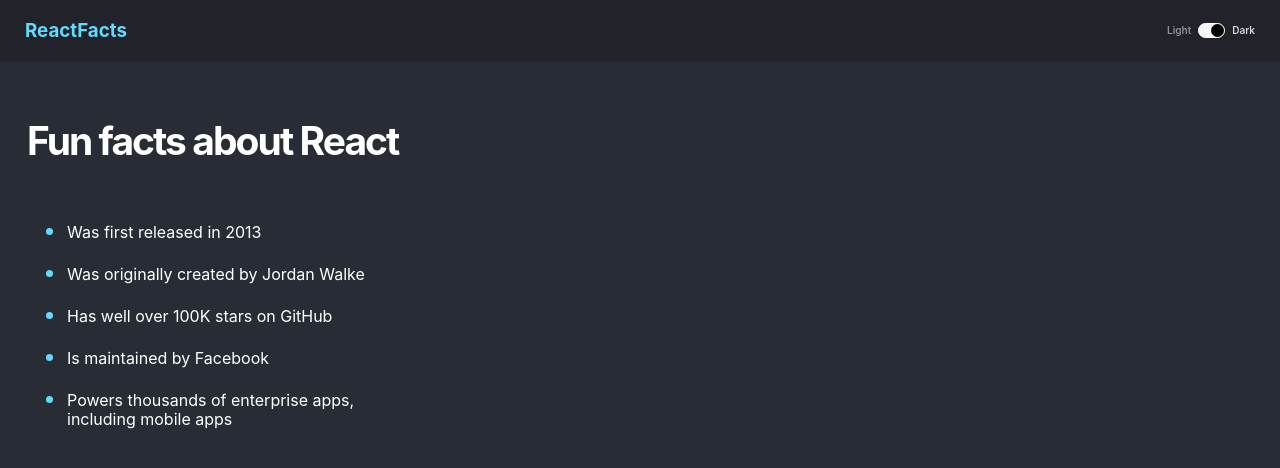
Repository: BuduCE/react_facts
Page: /
An editor plug-in stored every save of this project. The page is shown before and after a run of saves, followed by the edit.
The browser window is 1280 px wide. The pictures show the whole page.
The project was rebuilt for these pictures with package versions that can differ from the ones it lists, and the page was loaded fresh each time. Also part of the build but not shown: src/App.css.

Above is the page before, as saved 2022-10-06 23:21:56.

### src/index.css
body {
  margin: 0;
  font-family: -apple-system, BlinkMacSystemFont, 'Segoe UI', 'Roboto', 'Oxygen',
    'Ubuntu', 'Cantarell', 'Fira Sans', 'Droid Sans', 'Helvetica Neue',
    sans-serif;
  -webkit-font-smoothing: antialiased;
  -moz-osx-font-smoothing: grayscale;
}

code {
  font-family: source-code-pro, Menlo, Monaco, Consolas, 'Courier New',
    monospace;
}
* {
  box-sizing: border-box;
}

h1,
h2,
h3,
h4,
h5,
h6,
p {
  margin: 0;
}

body {
  margin: 0;
}

.container {
  display: flex;
  flex-direction: column;
  height: 100vh;
}

/* NAV styles */

nav {
  display: flex;
  align-items: center;
  padding: 30px 25px;
  height: 60px;
  box-shadow: 0px 1px 4px rgba(0, 0, 0, 0.25);
  z-index: 1;
}

nav.dark {
  background-color: #21222A;
}

nav.light {
  background-color: #ffffff;
}

.nav--logo_icon {
  width: 30px;
  margin-right: 10px;
}

.nav--logo_text {
  color: #61DAFB;
  margin-right: auto;
}

.nav--title {
  color: #DEEBF8;
}

.toggler {
  display: flex;
  align-items: center;
}

.toggler p {
  font-size: 0.625rem;
  font-weight: 600;
}

.toggler--slider {
  width: 25px;
  height: 13px;
  background-color: #2B283A;
  border-radius: 2rem;
  margin-inline: 7px;
  cursor: pointer;
  display: flex;
  justify-content: flex-start;
  align-items: center;
  border: 1px solid black;
  box-sizing: content-box;
}

nav.dark .toggler--slider {
  border-color: white;
  background-color: #F5F5F5;
}

.toggler--slider--circle {
  height: 13px;
  width: 13px;
  background-color: white;
  border-radius: 50%;
}

nav.dark .toggler--slider--circle {
  background-color: black;
}

.toggler--light {
  color: #2B283A;
}

nav.dark .toggler--light {
  color: #918E9B;
}

.toggler--dark {
  color: #D5D4D8;
}

nav.dark .toggler-dark {
  color: #FFFFFF;
}

nav.dark .toggler--slider {
  justify-content: flex-end;
}

/* MAIN styles */
main {
  padding: 57px 27px;
  /* background-image: url("./images/react-icon-light.png"); */
  background-repeat: no-repeat;
  background-position: right center;
  flex: 1 1 auto;
}

main.dark {
  /* background-image: url("./images/react-icon-dark.png"); */
  background-color: #282D35;
  color: white;
}

main.light {
  background-color: white;
  color: #2B283A;
}

.main--title {
  margin: 0;
  font-size: 39px;
  letter-spacing: -0.05em;
}

.main--facts {
  margin-top: 46px;
  max-width: 400px;
}

.main--facts>li {
  line-height: 19px;
  padding-block: 10px;
}

.main--facts>li::marker {
  font-size: 1.4rem;
  color: #61DAFB;
}

### src/App.js
import React from 'react';
import './App.css';
import Main from './components/Main';
import Navbar from './components/Navbar';

function App() {

  const [darkMode, setDarkMode] = React.useState(false)

  const mode = () => {
    setDarkMode(prev => !prev)
  }

  const switchDarkMode = () => {

  }
  return (
    <div className="container">
      <Navbar toggleDarkMode={switchDarkMode} darkMode={mode}/>
      <Main darkMode={mode}/>
    </div>
  );
}

export default App;

### src/components/Main/index.jsx
import React from "react"

export default function Main(props) {
    return (
        <main className={props.darkMode ? "dark" : "light"}>
            <h1 className="main--title">Fun facts about React</h1>
            <ul className="main--facts">
                <li>Was first released in 2013</li>
                <li>Was originally created by Jordan Walke</li>
                <li>Has well over 100K stars on GitHub</li>
                <li>Is maintained by Facebook</li>
                <li>Powers thousands of enterprise apps, including mobile apps</li>
            </ul>
        </main>
    )
}

### src/components/Navbar/index.jsx
import React from "react"

export default function Navbar(props) {
    return (
        <nav
            className={props.darkMode ? "dark" : "light"}
        >
            {/* <img
                className="nav--logo_icon"
                src="./images/react-icon-small.png"
            /> */}
            <h3 className="nav--logo_text">ReactFacts</h3>

            <div
                className="toggler"
            >
                <p className="toggler--light">Light</p>
                <div
                    className="toggler--slider"
                    onClick={props.toggleDarkMode}
                >
                    <div className="toggler--slider--circle"></div>
                </div>
                <p className="toggler--dark">Dark</p>
            </div>
        </nav>
    )
}

Loaded but not shown: public/index.html (common file); src/index.js (common file); src/reportWebVitals.js (common file)

After the next 4 saves:
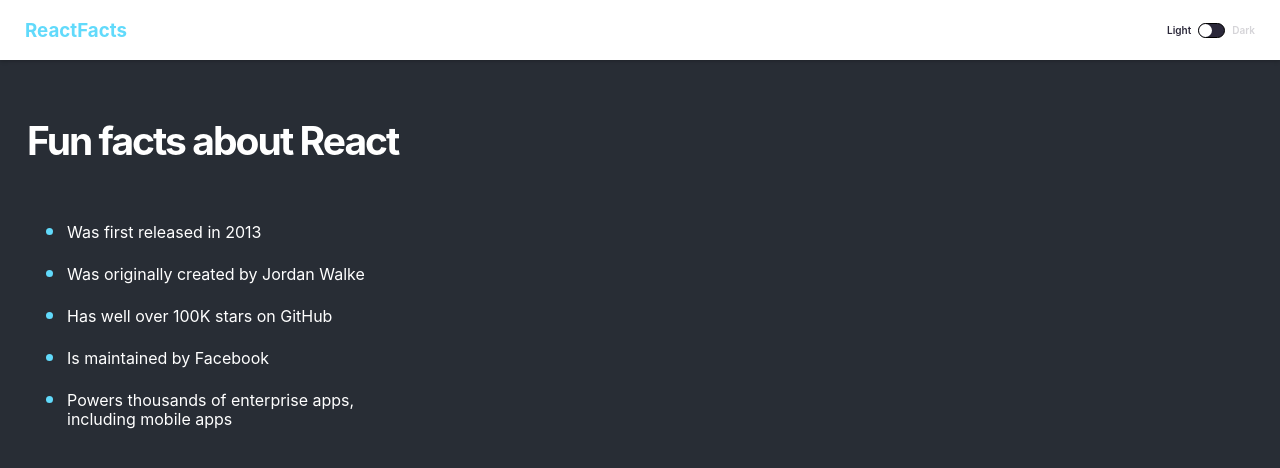
The 4 saves are shown as one change because they came seconds apart.
The last was saved 117 s later.
--- a/src/App.js
+++ b/src/App.js
@@ -16,7 +16,7 @@
   }
   return (
     <div className="container">
-      <Navbar toggleDarkMode={switchDarkMode} darkMode={mode}/>
+      <Navbar toggleDarkMode={switchDarkMode} darkMode={darkMode}/>
       <Main darkMode={mode}/>
     </div>
   );
